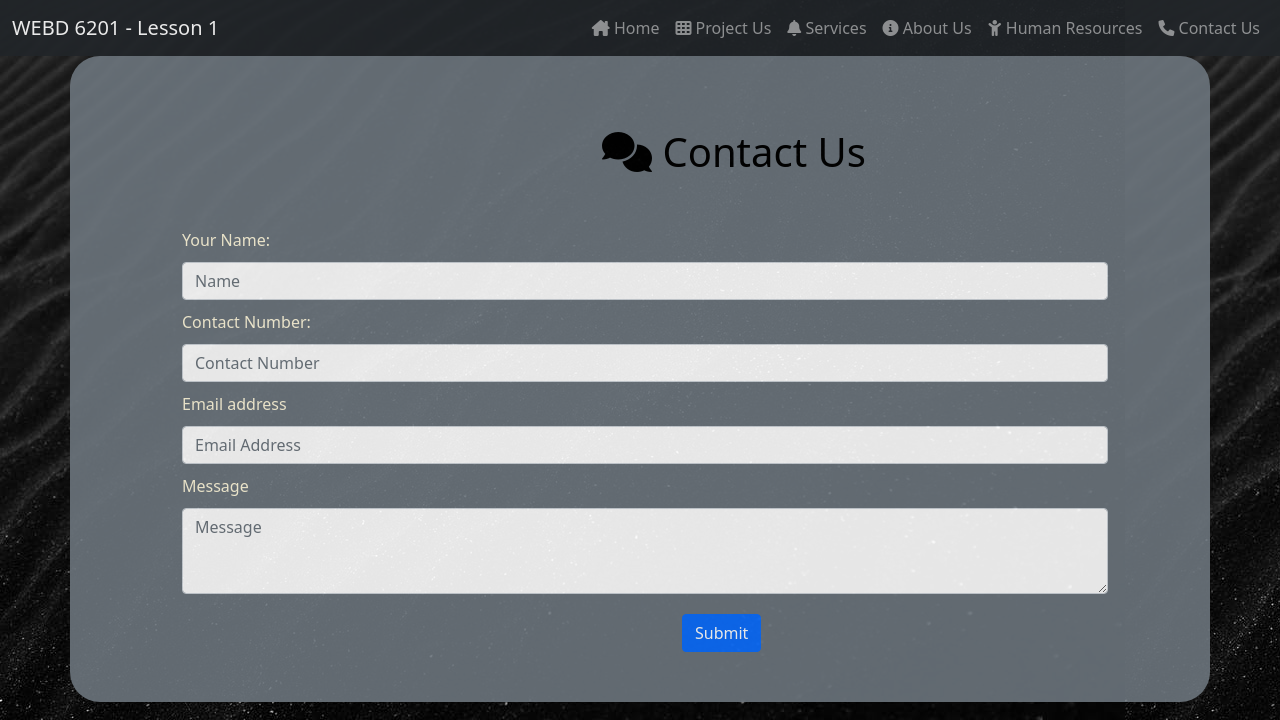
Repository: devanshudave1901/DevanshuDave_AngaranYogeswaranLab2
Page: contact.html
An editor plug-in stored every save of this project. The page is shown before and after the next save, followed by the edit.
The browser window is 1280 px wide. The pictures show the whole page.

Above is the page before, as saved 2022-02-11 22:25:12.

### contact.html
<!DOCTYPE html>
<html lang="en">
  <head>
    <meta charset="UTF-8" />
    <meta http-equiv="X-UA-Compatible" content="IE=edge" />
    <meta name="viewport" content="width=device-width, initial-scale=1.0" />
    <title>Contact Us</title>
    <link
      rel="stylesheet"
      href="./node_modules/bootstrap/dist/css/bootstrap.min.css"
    />
    <link
      rel="stylesheet"
      href="./node_modules/@fortawesome/fontawesome-free/css/all.min.css"
    />
    <link rel="stylesheet" href="./Content/app.css" />
    <script src="./Scripts/app.js"></script>

    <!-- <script>
      alert(document.title);
    </script> -->
  </head>
  <body>
    <nav class="navbar navbar-expand-lg navbar-dark bg-dark">
      <div class="container-fluid">
        <a class="navbar-brand" href="#">WEBD 6201 - Lesson 1</a>
        <button
          class="navbar-toggler"
          type="button"
          data-bs-toggle="collapse"
          data-bs-target="#navbarSupportedContent"
          aria-controls="navbarSupportedContent"
          aria-expanded="false"
          aria-label="Toggle navigation"
        >
          <span class="navbar-toggler-icon"></span>
        </button>
        <div class="collapse navbar-collapse" id="navbarSupportedContent">
          <ul class="navbar-nav ms-auto">
            <li class="nav-item active">
              <a class="nav-link" aria-current="page" href="./index.html"
                ><i class="fa-solid fa-house-chimney"></i> Home</a
              >
            </li>

            <li class="nav-item">
              <a class="nav-link" id="productsLink" href="./products.html"
                ><i class="fa-solid fa-th"></i> Products</a
              >
            </li>
            <li class="nav-item">
              <a class="nav-link" href="./services.html"
                ><i class="fa-solid fa-bell"></i> Services</a
              >
            </li>
            <li class="nav-item">
              <a class="nav-link" href="./about.html">
                <i class="fa-solid fa-circle-info"></i> About Us</a
              >
            </li>
            <li class="nav-item" id="humanResources"></li>
            <li class="nav-item">
              <a class="nav-link" href="./contact.html">
                <i class="fa-solid fa-phone"></i> Contact Us</a
              >
            </li>
          </ul>
        </div>
      </div>
    </nav>
    <div class="jumbotron bg-secondary container" id="contentArea">
      <br />
      <br />
      <br />
      <h1 id="contactId"></h1>
      <br />

      <form id="Contactform">
        <div class="form-group">
          <label for="InputName">Your Name: </label>
          <input
            type="text"
            class="form-control"
            id="InputName"
            placeholder="Name"
          />
        </div>
        <div class="form-group">
          <label for="InputNumber">Contact Number: </label>
          <input
            type="number"
            class="form-control"
            id="InputNumber"
            placeholder="Contact Number"
          />
        </div>
        <div class="form-group">
          <label for="InputEmail1"> Email address</label>
          <input
            type="email"
            class="form-control"
            id="InputEmail1"
            placeholder="Email Address"
          />
        </div>

        <div class="form-group">
          <label for="InputMessage">Message</label>
          <textarea
            class="form-control"
            id="InputMessage"
            placeholder="Message"
            rows="3"
          ></textarea>
        </div>

        <button type="submit" id="submitButton" class="btn btn-primary">
          Submit
        </button>
      </form>
    </div>
    <!-- 3RD Party Library-->
    <script src="./node_modules/jquery/dist/jquery.min.js"></script>
    <script src="./node_modules/bootstrap/dist/js/bootstrap.min.js"></script>
    <script src="./Scripts/app.js"></script>
  </body>
</html>

### Content/app.css
#Contactform {
  padding: 10px 90px 50px 100px;
}
#Contactform label {
  color: cornsilk;
  padding-bottom: 10px;
  padding-top: 10px;
}

#Contactform button {
  margin-top: 20px;
  margin-left: 500px;
}
.formInputBox {
  padding-left: 60px;
  margin: 8px 0;
  border: dashed;
  box-sizing: border-box;
}

#contactId {
  padding-left: 520px;
  color: black;
}

* {
  box-sizing: border-box;
}

.column {
  float: left;
  width: 33.33%;
  padding: 20px;
}

/* Clearfix (clear floats) */
.row::after {
  content: "";
  clear: both;
  display: table;
}

#pArea {
  padding-top: 40px;
  padding-left: 250px;
  padding-bottom: 100px;
}
#pArea1 {
  padding-top: 40px;
  padding-left: 150px;
  padding-bottom: 100px;
  padding-right: 90px;
}
#contentArea {
  border-radius: 30px;
  color: white;
}

#aboutId {
  padding-left: 520px;
  color: black;
}
#serviceID {
  padding-left: 520px;
  color: black;
}
#projectsID {
  padding-left: 520px;
  color: black;
}
#heading1 {
  color: white;
  padding-left: 5px;
  padding-top: 50px;
  padding-bottom: 20px;
}
#heading2 {
  padding-top: 50px;
}
#resumeLink {
  padding-top: 20px;
}
img {
  background-repeat: no-repeat;
}
#heading3 {
  color: black;
  padding-top: 100px;
  padding-left: 360px;
  padding-right: 100px;
  padding-bottom: 150px;
}

### Scripts/app.js
/**Name :
 *    Student 1 - Devanshu Dave(100785733)
 *    Student 2 - Angaran Yogeswaran()
 * Date Completed : 11/02/2022.
 *
 */

// added a event listener which listens to the load event and calls start function
window.addEventListener("load", start);

// declared variable pageTimer to 0
var pageTimer = 0;
/**
 * Function being made with the name of formTimer which usually call the function every second with the help of setInterval
 */
function formTimer() {
  window.setInterval("updateTime()", 1000);
}

/**
 * updateTime() function being made to update the variable and when variable reaches 3 it redirects to home page
 */
function updateTime() {
  ++pageTimer;

  // if pageTimer equals to 3 it redirects to home page
  if (pageTimer == 3) {
    window.location.href = "./index.html";
  }
}
/**
 * clearInputField function being made to clear the input field
 */
function clearInputField() {
  // clears the field
  document.getElementById("InputName").empty;
  document.getElementById("InputEmail1").empty;
  document.getElementById("InputNumber").empty;
  document.getElementById("InputMessage").empty;
}
/**
 * when title is contact us then this function is called to do functionality on that page
 */
function contactPage() {
  //Variable that is used to get the Element of the contactId
  var contactId = document.getElementById("contactId");
  //Setting the innnerHTMl of the contactId to have say contact us and show icon
  contactId.innerHTML = " <i class = 'fa-solid fa-comments'></i> Contact Us";

  // declaring variable which contains the element which has id of productsLink
  var currentLink1 = document.getElementById("productsLink");

  // setting it to empty
  currentLink1.textContent = "";
  // need to add the icon in js
  currentLink1.innerHTML = "<i class = 'fa-solid fa-th'></i> Project Us";
  // currentLink1.textContent = "Projects";

  var humanResourcesLink = document.getElementById("humanResources");
  humanResourcesLink.innerHTML =
    " <a class='nav-link' href='#'> <i class = 'fa-solid fa-child'></i> Human Resources</a>";
  var submitButtonClick = document.getElementById("submitButton");
  submitButtonClick.addEventListener("click", function (event) {
    event.preventDefault();
    var inputName = document.getElementById("InputName").value;
    var inputEmailAddress = document.getElementById("InputEmail1").value;
    var inputNumber = document.getElementById("InputNumber").value;
    var inputMessage = document.getElementById("InputMessage").value;

    console.log(
      "User Form Input" +
        "\n Name of the User: " +
        inputName +
        "\n Number of the User: " +
        inputNumber +
        "\n Email of the User: " +
        inputEmailAddress +
        "\n Message of the User: " +
        inputMessage
    );

    // //Setting the value of Input Name,Email,Number,and Message to blank
    document.getElementById("InputName").value = null;
    document.getElementById("InputEmail1").value = null;
    document.getElementById("InputNumber").value = null;
    document.getElementById("InputMessage").value = null;
    //clearInputField();
    formTimer();
  });
  //Set the background of the page to the dc logo
  document.body.style.backgroundImage = "url('images/bgImage1.jpeg')";
  document.body.style.backgroundRepeat = "repeat";
  document.body.style.opacity = "0.9";
}
function productPage() {
  //get the element of the projectID
  var projectsHeading = document.getElementById("projectsID");
  //Set the InnnerHtml to show box favicon and Our Projects text
  projectsHeading.innerHTML = " <i class = 'fa-solid fa-box'></i> Our Projects";

  var currentLink1 = document.getElementById("productsLink");
  // alert(currentLink1.textContent);
  currentLink1.textContent = "";
  // need to add the icon in js
  // currentLink1.textContent = "<i class='fa-solid fa-th'></i>";
  currentLink1.textContent = "Projects";
  //storing element of humanResources id in the humanResourcesLink
  var humanResourcesLink = document.getElementById("humanResources");
  //Setting the innnerHTML of the humanResourcesLink to print favicon and Human Resources text
  humanResourcesLink.innerHTML =
    " <a class='nav-link' href='#'> <i class = 'fa-solid fa-child'></i> Human Resources</a>";
  //setting the background image to the dc logo Jpeg
  document.body.style.backgroundImage = "url('images/dc logo.jpg')";
  //Storing the Element of paragraph1 in the paragraph1 variable
  var paragraph1 = document.getElementById("paragraph1");
  //Storing the text in the innerHTML of the paragraph1
  paragraph1.innerHTML =
    "This was one of our first programming assignments in this Durham College Program" +
    " and this was one of the first assignments that we both really enjoyed building with" +
    " in the Python Programming Language.";
  //Storing the Element of paragraph2 in the paragraph2 variable
  var paragraph2 = document.getElementById("paragraph2");
  //Storing the text in the innerHTML of the paragraph2
  paragraph2.innerHTML =
    "This was one assignment that we had to do for our Systems" +
    " Automation class we enjoyed this assignemnt becuase it was great" +
    " to learn about this new technology that we could use for testing" +
    " websites and applications.";
  //Storing the Element of paragraph3 in the paragraph3 variable
  var paragraph3 = document.getElementById("paragraph3");
  //Storing the text in the innerHTML of the paragraph3
  paragraph3.innerHTML =
    "This was our Linux assignment where we had to use packet managers" +
    " to find applications and install them using Command Line prompts in" +
    " the Linux operating system. This was one of our favourites becuase" +
    " it was great to learn about the Linux operating system becuase it" +
    " was new to us.";
  document.body.style.backgroundImage = "url('images/bgImage1.jpeg')";
  document.body.style.backgroundRepeat = "repeat";
  document.body.style.opacity = "0.9";
}

function servicePage() {
  //Storing the Element of paragraph1 in the paragraph1 variable
  var ServiceHeading = document.getElementById("serviceID");
  //Setting the innerHTML of ServiceHeading to truck favicon and to print Our Services
  ServiceHeading.innerHTML =
    " <i class = 'fa-solid fa-truck'></i> Our Services";
  //Storing the Element of productsLink to currentLink1 variable
  var currentLink1 = document.getElementById("productsLink");
  //Setting the textContent of the currentLink1 to nothing
  currentLink1.textContent = "";
  // need to add the icon in js
  // currentLink1.textContent = "<i class='fa-solid fa-th'></i>";
  currentLink1.textContent = "Projects";
  //Storing the element of the humanResources to the humanResourcesLink
  var humanResourcesLink = document.getElementById("humanResources");
  //Setting the innnerHTML of the humanResourcesLink to print favicon and Human Resources
  humanResourcesLink.innerHTML =
    " <a class='nav-link' href='#'> <i class = 'fa-solid fa-child'></i> Human Resources</a>";
  //Set background to dc logo image.
  document.body.style.backgroundImage = "url('images/dc logo.jpg')";
  //Storing the element of paragraph4 to the paragraph4 variable
  var paragraph4 = document.getElementById("paragraph4");
  //storing text in paragraph4 innerHTML
  paragraph4.innerHTML =
    "One of the services that we provide is custom programming for any project:" +
    "that you need for any size whether its for a big company or small company" +
    "with only few people.";
  //Storing the element of paragraph5 to the paragraph5 variable
  var paragraph5 = document.getElementById("paragraph5");
  //Storing text in paragraph5 innerHTML
  paragraph5.innerHTML =
    "Mobile Development is another one of our services that we provide" +
    "because many of our clients need mobile applications for their " +
    "business needs.";
  //Storing the element of paragraph6 to paragraph6 variable
  var paragraph6 = document.getElementById("paragraph6");
  //Storing text in paragraph6 innerHTML
  paragraph6.innerHTML =
    "Web-Development is another one of our major services that we provide" +
    "because alot of our clients enjoy how we build websites and appreciate" +
    "our website design.";
  document.body.style.backgroundImage = "url('images/bgImage1.jpeg')";
  document.body.style.backgroundRepeat = "repeat";
  document.body.style.opacity = "0.9";
}
function aboutPage() {
  //Storing element of aboutId in getHeading
  var getHeading = document.getElementById("aboutId");
  //setting getHeading of innerHTML to print About us and Favicon
  getHeading.innerHTML = "  <i class = 'fa-solid fa-user'></i> About Us";
  //Store element of productsLink in currentLink1 variable
  var currentLink1 = document.getElementById("productsLink");
  // alert(currentLink1.textContent);
  //Set textContent of currentLink1 to blank
  currentLink1.textContent = "";
  // need to add the icon in js
  // currentLink1.textContent = "<i class='fa-solid fa-th'></i>";
  //set textContent of currentLink1 to projects
  currentLink1.textContent = "Projects";

  var humanResourcesLink = document.getElementById("humanResources");
  humanResourcesLink.innerHTML =
    " <a class='nav-link' href='#'> <i class = 'fa-solid fa-child'></i> Human Resources</a>";
  document.body.style.backgroundImage = "url('images/dc logo.jpg')";
  var heading1;

  var heading2;
  heading1 = document.getElementById("heading1");
  heading1.innerHTML =
    "This is a picture of Angaran. Angaran is a 2nd year student in the Computer Programmer Analyst Program" +
    "at Durham College. His Hobbies include playing sports and watching movies. Here is a link to his resume";

  heading2 = document.getElementById("heading2");
  heading2.innerHTML =
    "This is a picture of Devanshu. Devanshu is a second year student in the Durham College " +
    "Computer Programmer Analyst Program. His Hobbies include playing games and programming.";
  document.body.style.backgroundImage = "url('images/bgImage1.jpeg')";
  document.body.style.backgroundRepeat = "repeat";
  document.body.style.opacity = "0.9";
}

function homePage() {
  var currentLink1 = document.getElementById("productsLink");

  currentLink1.textContent = "";

  // need to add the icon in js
  // currentLink1.textContent = "<i class='fa-solid fa-th'></i>";
  currentLink1.textContent = "Projects";

  var humanResourcesLink = document.getElementById("humanResources");
  humanResourcesLink.innerHTML =
    " <a class='nav-link' href='#'> <i class = 'fa-solid fa-child'></i> Human Resources</a>";

  document.body.style.backgroundImage = "url('images/dc logo.jpg')";
  var heading3;

  heading3 = document.getElementById("heading3");
  heading3.innerHTML =
    "<i class = 'fa-solid fa-chess'></i> Welcome to our Website <i class = 'fa-solid fa-chess'></i>";
  document.body.style.backgroundImage = "url('images/bgImage1.jpeg')";
  document.body.style.backgroundRepeat = "repeat";
  document.body.style.opacity = "0.9";
}
function start() {
  switch (document.title) {
    case "Home":
      homePage();
      break;
    case "Services":
      servicePage();

      break;
    case "Products":
      productPage();
      break;
    case "Contact Us":
      contactPage();
      break;
    case "About Us":
      aboutPage();
      break;
  }
}

Loaded but not shown: node_modules/bootstrap/dist/css/bootstrap.min.css (library); node_modules/@fortawesome/fontawesome-free/css/all.min.css (library); node_modules/jquery/dist/jquery.min.js (library); node_modules/bootstrap/dist/js/bootstrap.min.js (library)

After the next save:
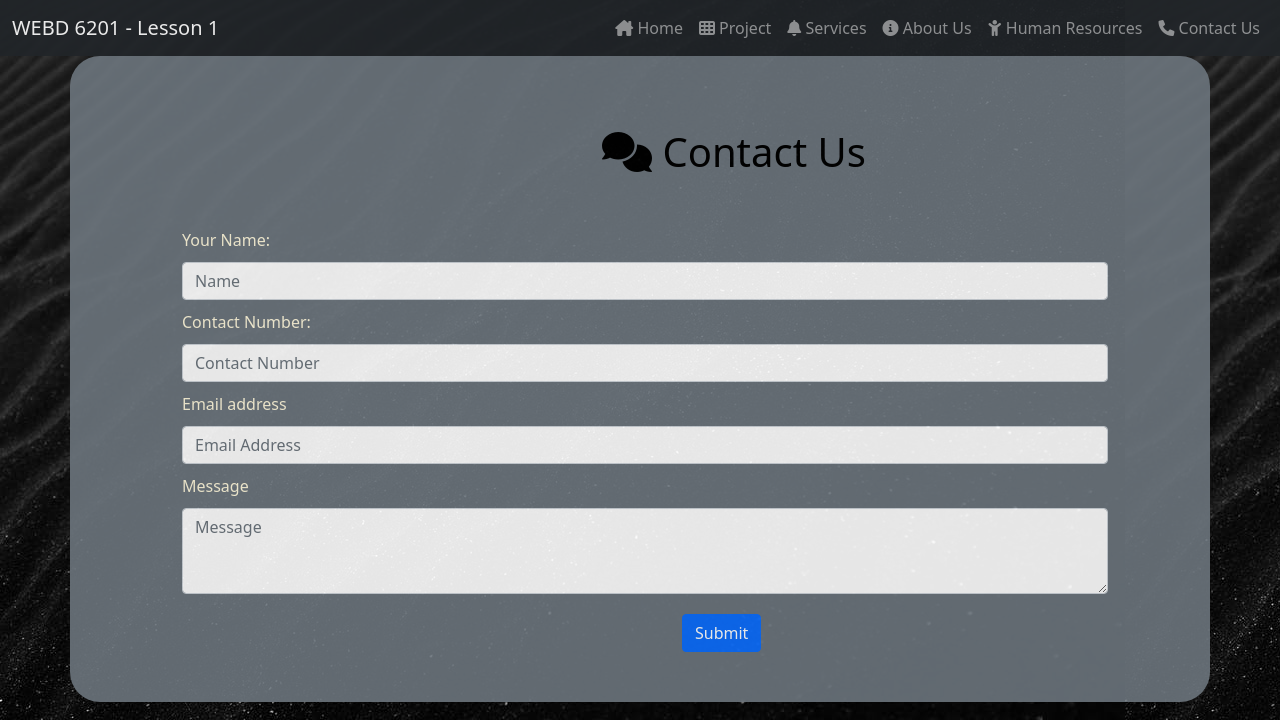
Saved 7 s later.
--- a/Scripts/app.js
+++ b/Scripts/app.js
@@ -53,7 +53,7 @@ function contactPage() {
   // setting it to empty
   currentLink1.textContent = "";
   // need to add the icon in js
-  currentLink1.innerHTML = "<i class = 'fa-solid fa-th'></i> Project Us";
+  currentLink1.innerHTML = "<i class = 'fa-solid fa-th'></i> Project";
   // currentLink1.textContent = "Projects";
 
   var humanResourcesLink = document.getElementById("humanResources");
